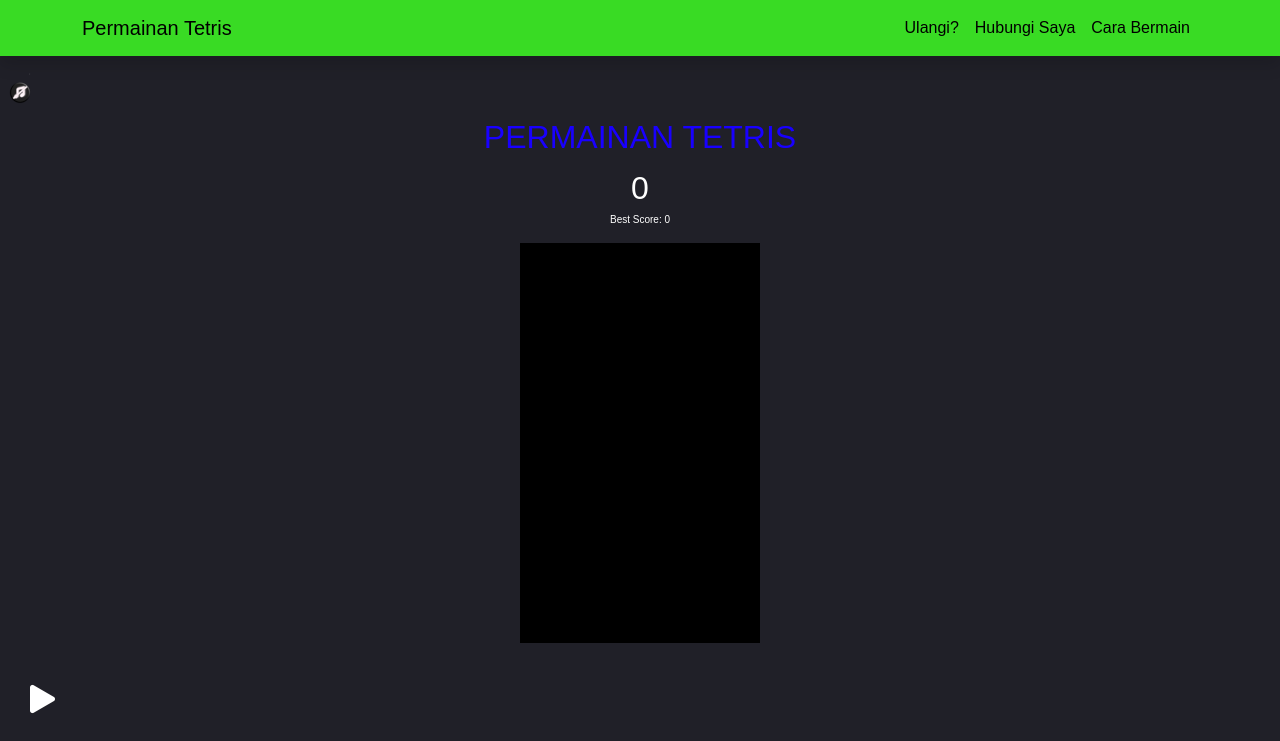
Repository: GwendiWisnuAnggoro/GwendiWisnuAnggoro.github.io
Page: Bahasa Indonesia/game/Tetris/tetris.html
These files come from the project's save history. The page is drawn as it stood at one moment and after the next save; the edit follows.
The browser window is 1280 px wide. The pictures show the whole page.

Above is the page before, as saved 2023-02-07 19:12:20.
Console error: TypeError: Cannot read properties of null (reading 'forEach')

### Bahasa Indonesia/game/Tetris/tetris.html
<!DOCTYPE html>
<html lang="en">
<head>
    <meta charset="UTF-8">
    <link href="https://cdn.jsdelivr.net/npm/bootstrap@5.3.0-alpha1/dist/css/bootstrap.min.css" rel="stylesheet" integrity="sha384-GLhlTQ8iRABdZLl6O3oVMWSktQOp6b7In1Zl3/Jr59b6EGGoI1aFkw7cmDA6j6gD" crossorigin="anonymous">
    <link rel="stylesheet" href="https://cdn.jsdelivr.net/npm/bootstrap-icons@1.10.3/font/bootstrap-icons.css">
    <meta http-equiv="X-UA-Compatible" content="IE=edge">
    <meta name="viewport" content="width=device-width, initial-scale=1.0">
    <title>Permainan Tetris</title>
</head>
<body>
    <!-- akhir navbar -->
  <nav class="navbar navbar-expand-lg navbar-light shadow fixed-top" style="background-color: rgb(57, 219, 36);">
    <div class="container-sm">
      <span class="navbar-brand" href="#">Permainan Tetris</span>
      <button class="navbar-toggler" type="button" data-bs-toggle="collapse" data-bs-target="#navbarNav" aria-controls="navbarNav" aria-expanded="false" aria-label="Toggle navigation">
        <span class="navbar-toggler-icon"></span>
      </button>
      <div class="collapse navbar-collapse" id="navbarNav">
        <ul class="navbar-nav ms-auto">
          <li class="nav-item">
            <a class="nav-link active" aria-current="page" href="../Tetris/tetris.html">Ulangi?</a>
          </li>
          <li class="nav-item">
            <a class="nav-link active" href="../../../contact me/ContactMe.html">Hubungi Saya</a>
          </li>
          <li class="nav-item">
            <a class="nav-link active" href="../Tutorials/Tetris/TutorTetris.html">Cara Bermain</a>
            </li>
        </ul>
      </div>
    </div>
  </nav>
<!-- akhir navbar -->
<br>
<br>
<br>
     <!-- awal toogle music -->
     <button id="play"></button>
     <!-- akhir toogle music -->


    <center>
    <link rel="stylesheet" type="text/css" href="tetris.css">
    <div class="pembungkus">
    <h2>PERMAINAN TETRIS</h2>
    <section class="Kalah">
      <h3>Game Over!</h3>
     </section>
    <div id="score">0</div>
    <div class="bestscore">
      <p>Best Score: <span id="Best_Score">0</span></p>
    </div>
    <canvas id="tetris" width="240" height="400"></canvas>
</div>
</center>


<div class="bungkus">
  <button type="button" onclick="" class="btn Mulai_HP" id="Mulai">
    <span>
      <i class="bi bi-play-fill"></i>
    </span>
  </button>
  <button type="button" onclick="" class="btn btn12" id="tmblAtas" >
  <img class="simbol" src="Munggah.png" />
  </button>
  <button type="button" onclick="" class="btn btn13" id="tmblBawah">
  <img class="simbol" src="Midun.png"/>
  </button>
  <button type="button" onclick="" class="btn2 btn14" id="tmblKiri">
  <img class="simbol" src="Ngiwa.png"/>
  </button>
  <button type="button" onclick="" class="btn4 btn15" id="tmblKanan">
  <img class="simbol" src="Nengen.png"/>
  </button>
</div>

<div class="PC">
  <button type="button" onclick="" class="btn Mulai_PC" id="MulaiPC">
    <span>
      <i class="bi bi-play-fill tombolMulaiPC"></i>
    </span>
  </button>
</div>
 <!-- <button type="button" id="Mulai">Mulai</button> -->
    <script src="tetris.js"></script>
    <script src="https://cdn.jsdelivr.net/npm/bootstrap@5.3.0-alpha1/dist/js/bootstrap.bundle.min.js" integrity="sha384-w76AqPfDkMBDXo30jS1Sgez6pr3x5MlQ1ZAGC+nuZB+EYdgRZgiwxhTBTkF7CXvN" crossorigin="anonymous"></script>
</body>
</html>

### Bahasa Indonesia/game/Tetris/tetris.css
h2 {
    font-family: arial;
    text-align: center;
    color: rgb(25, 0, 255);
}
.simbol{
	width: 100%;
	height: 100%;
}
.btn12{
	margin-top: -100px;
	margin-left: 250px;
}
.btn13{
	margin-top: 95px;
	margin-left: 50px;
}
.btn14{
	margin-left: -150px;

}

.btn{

	width: 85px;
	height: 85px;

}
.bungkus{
	position: fixed;
	margin-top: -250px;
	margin-left: 10%;
	opacity: 0.5;
}

.btn2,.btn4{
	background: rgba(0, 0, 0, 0);
	width: 85px;
	height: 85px;



}
body {
    background: #202028;
    color: white;
    font-family: sans-serif;
}


button {
	border: none;
	width: 40px;
	height: 40px;
	cursor: pointer;
	background-color: #202028;
	outline: none;
}




#play{
	background-image: url("../../img/StopSong.png");
}


.pembungkus{
    font-size: 2em;
    align-items: center;
}
.Kalah h3{
	text-align: center;
	color: red;
}
.Kalah{
	display: none;
}

#Mulai_HP{
	color: white;
}
#Mulai_PC{
	color: white;
}
.bi-play-fill{
	color: white;
	font-size: 50px;
	opacity: 1;
}

.tombolMulaiPC{
		color: white;
	font-size: 50px;
	opacity: 1;
	margin-top: -50%;
}
.PC{
	display: none;
}
.bestscore p{
	font-size: 10px;
}
/* tablet */
@media screen and (min-width: 768px){

	.PC{
		display: none;
	}

}

/* destop */
@media screen and (min-width: 800px){
	.bungkus{
		display: none;
	}
	.PC{
		display: block;
	}

}

### Bahasa Indonesia/game/Tetris/tetris.js
const canvas = document.getElementById('tetris');
const context = canvas.getContext('2d');
var tombolAtas = document.getElementById("tmblAtas");
var tombolBawah = document.getElementById("tmblBawah");
var tombolKiri = document.getElementById("tmblKiri");
var tombolKanan = document.getElementById("tmblKanan");

let Muter = new Audio();
Muter.src="Backsound Muter.mp3";

let KiriKananBawah = new Audio();
KiriKananBawah.src="Kiri Kanan Backsound.mp3"

let LarikHilang = new Audio();
LarikHilang.src="1 Larik Hilang.mp3"

let Kalah = new Audio();
Kalah.src = "Kalah.mp3"

let Best_Score = document.getElementById("Best_Score");

context.scale(20, 20);

function arenaSweep() {
    let rowCount = 1;
    outer: for (let y = arena.length - 1; y > 0; -- y) {
        for (let x = 0; x < arena[y].length; ++x) {
            if (arena [y][x] === 0) {
                continue outer;
            }
        }

        const row = arena.splice(y, 1)[0].fill(0);
        arena.unshift(row);
        ++y;

        player.score += rowCount * 10;
        rowCount *= 2;
        LarikHilang.play();
    }
}


function collide(arena, player) {
    const [m, o] = [player.matrix, player.pos];
    for (let y = 0; y < m.length; ++y) {
        for (let x = 0; x < m[y].length; ++x) {
            if (m[y][x] !== 0 &&
                (arena[y + o.y] &&
                arena[y + o.y][x + o.x]) !== 0) {
                return true;
            }
        }
    }
    return false;
}

function creatMatrix(w, h) {
    const matrix = [];
    while (h--) {
        matrix.push(new Array(w).fill(0));
    }
    return matrix;
}

function createPiece(type) {
    if (type === 'T') {
        return [
            [0, 0, 0],
            [1, 1, 1],
            [0, 1, 0],
        ];
    } else if (type === 'O') {
        return [
            [2, 2],
            [2, 2],
        ];
    } else if (type === 'L') {
        return [
            [0, 3, 0],
            [0, 3, 0],
            [0, 3, 3],
        ];
    } else if (type === 'J') {
        return [
            [0, 4, 0],
            [0, 4, 0],
            [4, 4, 0],
        ];
    } else if (type === 'I') {
        return [
            [0, 5, 0, 0],
            [0, 5, 0, 0],
            [0, 5, 0, 0],
            [0, 5, 0, 0],
        ];
    } else if (type === 'S') {
        return [
            [0, 6, 6],
            [6, 6, 0],
            [0, 0, 0],
        ];
    } else if (type === 'Z') {
        return [
            [7, 7, 0],
            [0, 7, 7],
            [0, 0, 0],
        ];

    }

}

function draw() {
    context.fillStyle = '#000';
    context.fillRect(0, 0, canvas.width, canvas.height);

    drawMatrix(arena, {x: 0,y: 0});
    drawMatrix(player.matrix, player.pos);
}

function drawMatrix(matrix, offset) {
    matrix.forEach((row, y) => {
        row.forEach((value, x) => {
            if (value !== 0) {
                context.fillStyle = colors[value];
                context.fillRect(x + offset.x,
                                 y + offset.y,
                                 1, 1);
            }
        });
    });
}

function merge(arena, player) {
    player.matrix.forEach((row, y) => {
        row.forEach((value, x) => {
            if(value !== 0) {
                arena[y + player.pos.y][x + player.pos.x] = value;
            }
        });
    });
}

function playerDrop() {
    player.pos.y++;
    if (collide(arena, player)) {
        player.pos.y--;
        merge(arena, player);
        playerReset();
        arenaSweep();
        updateScore();

    }
    dropCounter = 0;
}

function GameOver(){
    console.log("Kalah")
    Kalah.play()
    document.querySelector(".Kalah").style.display = "block"
    return playerDrop = function(){}

}

function playerMove(dir) {
    player.pos.x += dir;
    if (collide(arena, player)) {
        player.pos.x -= dir;
    }
}

function playerReset() {

    const pieces = 'TOLJISZ';
    player.matrix = createPiece(pieces[pieces.length * Math.random() | 0]);
    player.pos.y = 0;
    player.pos.x = (arena[0].length / 2 | 0) -
                   (player.matrix[0].length / 2 | 0);
    if (collide(arena, player)) {
        // arena.forEach(row => row.fill(0));
        // player.score = 0;
        // updateScore();
        GameOver();

    }
}


function playerRotate(dir) {
    const pos = player.pos.x;
    let offset = 1;
    rotate(player.matrix, dir);
    while (collide(arena, player)) {
        player.pos.x += offset;
        offset =- (offset + (offset > 0 ? 1 : -1));
        if (offset > player.matrix[0].length) {
            rotate(player.matrix, dir);
            player.pos.x = pos;
            return;
        }
    }
}

function rotate(matrix, dir) {
    for (let y = 0; y < matrix.length; ++y) {
        for (let x = 0; x < y; ++x) {
            [
                matrix[x][y],
                matrix[y][x],
            ] = [
                matrix[y][x],
                matrix[x][y],
            ];
        }
    }

    if (dir > 0) {
        matrix.forEach(row => row.reverse());
    } else {
        matrix.reverse();
    }
}

let dropCounter = 0;
let dropInterval = 1000;

let lastTime = 0;
function update(time = 0) {
    const deltaTime = time - lastTime;
    lastTime = time;

    dropCounter += deltaTime;
    if (dropCounter > dropInterval) {
        playerDrop();
    }

    draw();
    requestAnimationFrame(update);
}

function updateScore() {
    document.getElementById('score').innerText = player.score;
}

const colors = [
    null,
    'red',
    'blue',
    'violet',
    'lime',
    '#ffff00',
    'orange',
    'pink',
];

const arena = creatMatrix(12, 20);

const player = {
    pos: {x: 0, y: 0},
    matrix: null,
    score: 0,
}
tombolKanan.addEventListener("click", fKanan);
tombolKiri.addEventListener("click", fKiri);
tombolAtas.addEventListener("click", fAtas);
tombolBawah.addEventListener("click", fBawah);

function fKanan(){
    if(event) {
        playerMove(1);
        KiriKananBawah.play();


    }
}
function fKiri(){
    if(event) {
        playerMove(-1);
        KiriKananBawah.play();
    }
}
function fAtas(){

    if(event) {
        playerRotate(-1);
        Muter.play();
    }

}
function fBawah(){
    if(event) {
        playerDrop(); KiriKananBawah.play();


    }
}
document.addEventListener('keydown', event => {
    if (event.keyCode === 37 || event.keyCode === 65) {
        playerMove(-1); KiriKananBawah.play();
    } else if (event.keyCode === 39 || event.keyCode == 68) {
        playerMove(1); KiriKananBawah.play();
    } else if (event.keyCode === 40 || event.keyCode == 83) {
        playerDrop(); KiriKananBawah.play();
    } else if (event.keyCode === 81) {
        playerRotate(-1); Muter.play();
    } else if (event.keyCode === 32) {
        playerRotate(1); Muter.play();
    }
});


document.getElementById("Mulai").addEventListener("click", ()=>{
    playerReset();
    updateScore();
    update();
    document.getElementById("Mulai").style.display = "none";
})
document.getElementById("MulaiPC").addEventListener("click", ()=>{
    playerReset();
    updateScore();
    update();
    document.getElementById("MulaiPC").style.display = "none";
})
draw();



// musik program
var musik = new Audio();
musik.src="Tetris Backsound.mp3"
musik.loop=true;
musik.pause();

function mulaiAudio(){
    var play=document.getElementById('play');

        play.addEventListener('click',fplay);

        function fplay(){
            if(musik.paused){
                musik.play();
                play.style.background="url(../../img/PlaySong.png)";
            }else{
                musik.pause();
                play.style.background="url(../../img/StopSong.png)";
            }
        }
    }

    function SistemBestScore(){
        console.log(score)
    }

    SistemBestScore()
    window.addEventListener('load', mulaiAudio)

After the next save:
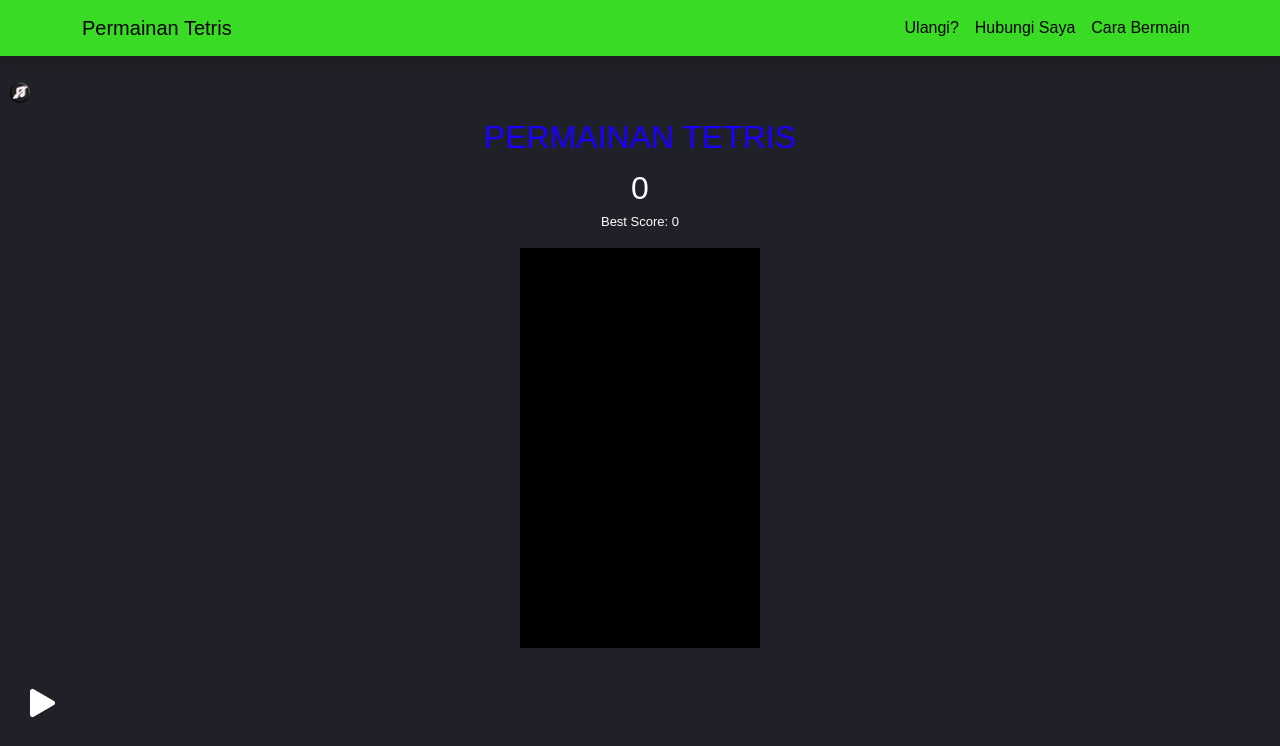
Saved 8 s later.
--- a/Bahasa Indonesia/game/Tetris/tetris.css
+++ b/Bahasa Indonesia/game/Tetris/tetris.css
@@ -99,7 +99,7 @@ button {
 	display: none;
 }
 .bestscore p{
-	font-size: 10px;
+	font-size: 13px;
 }
 /* tablet */
 @media screen and (min-width: 768px){
